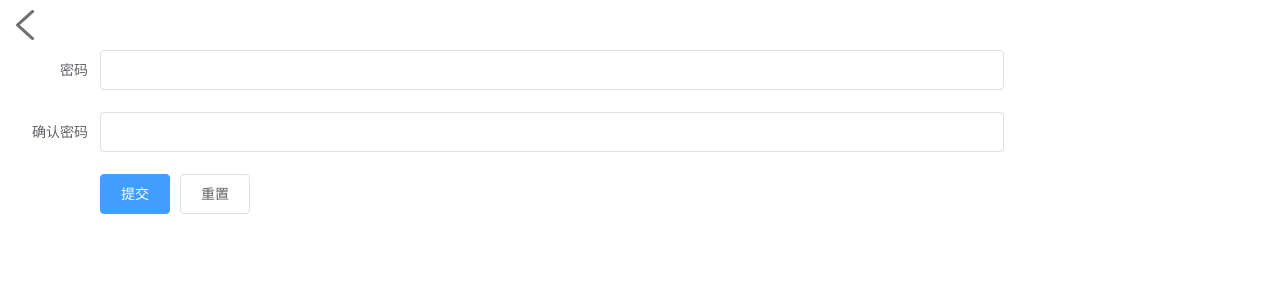
Repository: panlin520-team/lnmj-staffH5
Page: /#/forgetpassword
An editor plug-in stored every save of this project. The page is shown before and after a run of saves, followed by the edit.
The browser window is 1280 px wide. The pictures show the whole page.
The project was rebuilt for these pictures with package versions that can differ from the ones it lists, and the page was loaded fresh each time. Also part of the build but not shown: src/views/Lojin.vue.

Above is the page before, as saved 2020-04-08 11:51:03.

### src/main.js
import Vue from 'vue'
import App from './App.vue'
import router from './router'
import store from './store'
import ElementUI from 'element-ui'
import '@/assets/scss/reset.less'
import 'element-ui/lib/theme-chalk/index.css';
Vue.use(ElementUI)


Vue.config.productionTip = false

new Vue({
  router,
  store,
  render: h => h(App)
}).$mount('#app')

### src/App.vue
<template>
  <div id="app">
    <router-view />
  </div>
</template>
<script>
export default {
  data() {
    return {
    };
  },
  created() {},
  methods: {
  }
};
</script>
<style lang="less">
</style>

### src/router/index.js
import Vue from 'vue'
import VueRouter from 'vue-router'
import Lojin from '../views/Lojin.vue'

Vue.use(VueRouter)

const routes = [
  //首页登录
  {
    path: '/',
    name: 'Lojin',
    component: Lojin
  },
  //首页登录
  {
    path: '/Lojin',
    name: 'Lojin',
    component: Lojin
  },
  //用户注册
  {
    path: '/register',
    name: 'Register',
    component: () => import('../views/Register.vue')
  },
  //用户忘记密码
  {
    path: '/forgetpassword',
    name: 'Forgetpassword',
    component: () => import('../views/Forgetpassword.vue')
  },
  //登录首页
  {
    path: '/homepage',
    name: 'Homepage',
    component: () => import('../views/Homepage.vue')
  },
]

const router = new VueRouter({
  routes
})

export default router

### src/assets/scss/reset.less
* {
  margin: 0;
  padding: 0;
}

div {
  box-sizing: border-box;
  -webkit-tap-highlight-color: rgba(0, 0, 0, 0);
  // -webkit-user-select: none;
}

img {
  border: 0;
}

ul,
ol {
  list-style: none;
}

textarea {
  // 禁止调节文本域尺寸
  resize: none;
  outline-style: none;
  -webkit-appearance: none;
}

input,
button {
  outline-style: none;
  box-sizing: border-box;
  border: none;
}

// 输入框提示文本颜色设置
input::-moz-focus-inner {
  border: 0;
}

input::-webkit-input-placeholder {
  /* WebKit browsers */
  color: #BBB;
}

input::-moz-placeholder {
  /* Mozilla Firefox 19+ */
  color: #BBB;
}

input:-ms-input-placeholder {
  /* Internet Explorer 10+ */
  color: #BBB;
}

html,
body {
  width: 100%;
  height: 100%;
}

body {
  background-color: #ffffff;
  font-family: "Helvetica Neue", Helvetica, "PingFang SC", "Hiragino Sans GB", "Microsoft YaHei", "微软雅黑", Arial, sans-serif;
  font-size: 14px;
  color: #101010;
}

#app {
  position: relative;
  width: 100%;
  height: 100%;
}

// 滚动条尺寸
div::-webkit-scrollbar {
  width: 10px;
  height: 10px;
}

// 滚动条内部方块
// div::-webkit-scrollbar-thumb {
//   border-radius: 10px;
//   box-shadow: inset 0 0 5px rgba(0, 0, 0, 0.2);
//   background: #52BD3A;
// }

// 滚动条轨道
// div::-webkit-scrollbar-track {
//   box-shadow: inset 0 0 5px rgba(0, 0, 0, 0.2);
//   border-radius: 10px;
//   background: rgba(0, 0, 0, 0.1);
// }

.topBand {
  width: 100%;
  height: 80px;
  background: #23A547;
  display: flex;
  position: fixed;
  top: 0;
  left: 0;
  z-index: 100;
}

.container {
  display: flex;
  background: #ffffff;
  padding-top: 80px;
  z-index: 99;
  height: 100%;

  .aside {
    width: 200px;
    min-width: 200px;
    overflow: hidden;
    white-space: nowrap;
    text-overflow: ellipsis;
    position: fixed;
    top: 80px;
    bottom: 0;
    left: 0;
  }

  .main {
    flex: 1;

    &.active {
      padding-left: 200px;
    }
  }
}

.footer {
  height: 80px;
  background: #23A547;
}

.scrollX {
  overflow-x: auto;
  overflow-y: hidden;
}

.scrollY {
  overflow-x: hidden;
  overflow-y: auto;
}

.popPage {
  position: fixed;
  top: 0;
  left: 0;
  width: 100%;
  height: 100%;
  padding: 20px;
  z-index: 100;
  background-color: #ffffff;
}

.nowrap {
  overflow: hidden;
  white-space: nowrap;
  text-overflow: ellipsis;
}

.btn-pointer {
  cursor: pointer;
}

### src/views/Forgetpassword.vue
 <!--修改密码-->
<template>
  <div class="forgetpassword">
    <div class="imgs" @click="returnLojin">
      <img src="../assets/images/icon-left.png" alt />
    </div>
    <div class="changepassword">
      <el-form
        :model="ruleForm"
        status-icon
        :rules="rules"
        ref="ruleForm"
        label-width="100px"
        class="demo-ruleForm"
      >
        <el-form-item label="密码" prop="pass">
          <el-input type="password" v-model="ruleForm.pass" autocomplete="off"></el-input>
        </el-form-item>
        <el-form-item label="确认密码" prop="checkPass">
          <el-input type="password" v-model="ruleForm.checkPass" autocomplete="off"></el-input>
        </el-form-item>
        <el-form-item>
          <el-button type="primary" @click="submitForm('ruleForm')">提交</el-button>
          <el-button @click="resetForm('ruleForm')">重置</el-button>
        </el-form-item>
      </el-form>
    </div>
  </div>
</template>


<script>
export default {
  name: "forgetpassword",
  components: {},
  data() {
    //输入密码
    var validatePass = (rule, value, callback) => {
      if (value === "") {
        callback(new Error("请输入密码"));
      } else {
        if (this.ruleForm.checkPass !== "") {
          this.$refs.ruleForm.validateField("checkPass");
        }
        callback();
      }
    };
    var validatePass2 = (rule, value, callback) => {
      if (value === "") {
        callback(new Error("请再次输入密码"));
      } else if (value !== this.ruleForm.pass) {
        callback(new Error("两次输入密码不一致!"));
      } else {
        callback();
      }
    };
    return {
      //修改密码数据
      ruleForm: {
        pass: "",
        checkPass: ""
      },

      //验证规则
      rules: {
        pass: [{ validator: validatePass, trigger: "blur" }],
        checkPass: [{ validator: validatePass2, trigger: "blur" }]
      }
    };
  },
  created() {},
  methods: {
    //返回登录页面
    returnLojin() {
      const _this = this;
      _this.$router.replace("/Lojin");
    },
    //验证成功
    submitForm(formName) {
      this.$refs[formName].validate(valid => {
        if (valid) {
          alert("submit!");
        } else {
          console.log("error submit!!");
          return false;
        }
      });
    },
    resetForm(formName) {
      this.$refs[formName].resetFields();
    }
  }
};
</script>

<style lang="less" scoped>
.forgetpassword {
  width: 100%;
  height: 100%;
  position: relative;
  .imgs {
    width: 50px;
    height: 50px;
    padding: 10px;
    img {
      width: 100%;
      height: 100%;
    }
  }
  .changepassword {
    position: absolute;

    width: 80%;
    height: 280px;
    margin-top: 20px;
    margin: 0 auto;
    .el-form {
      margin-right: 20px;
    }
  }
}
</style>

Loaded but not shown: public/index.html (common file); src/store/index.js (common file)

After the next 5 saves:
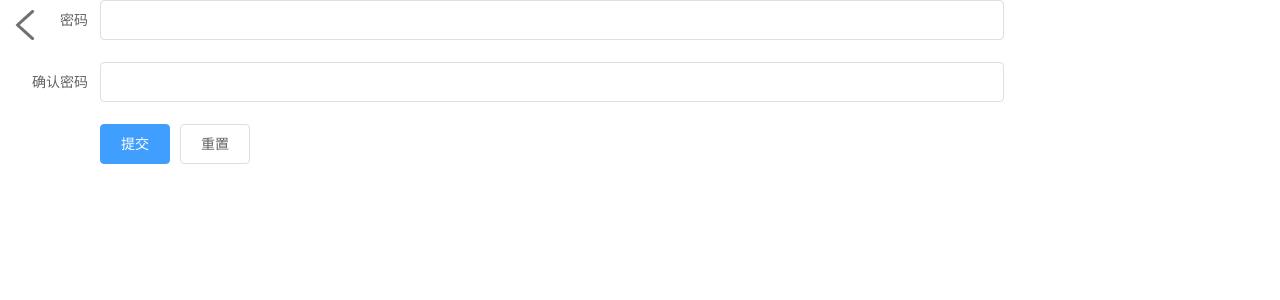
The 5 saves are shown as one change because they came seconds apart.
The last was saved 12 s later.
--- a/src/views/Forgetpassword.vue
+++ b/src/views/Forgetpassword.vue
@@ -109,7 +109,10 @@ export default {
   }
   .changepassword {
     position: absolute;
-
+    top: 0;
+    b: 0;
+    top: 0;
+    top: 0;
     width: 80%;
     height: 280px;
     margin-top: 20px;
